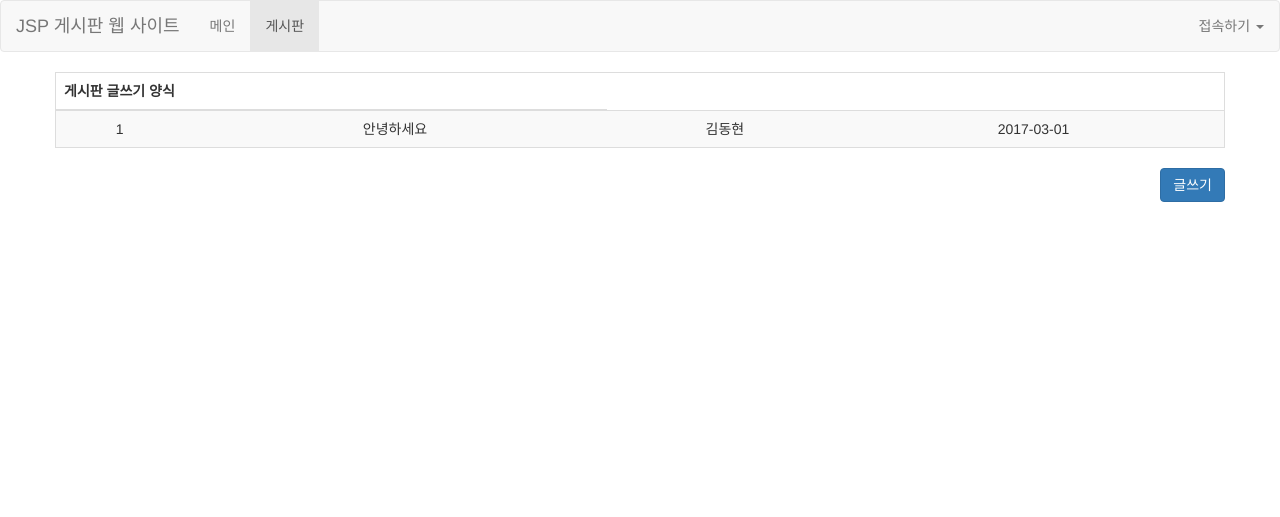
Repository: GorillaDunk/JSP
Page: http://localhost/BBS/write.jsp
An editor plug-in stored every save of this project. The page is shown before and after the next save, followed by the edit.
The browser window is 1280 px wide. The pictures show the whole page.
Some web libraries are served in a nearby version. The page is served by Tomcat 9.

Above is the page before, as saved 2023-10-14 13:04:12.

After the next save:
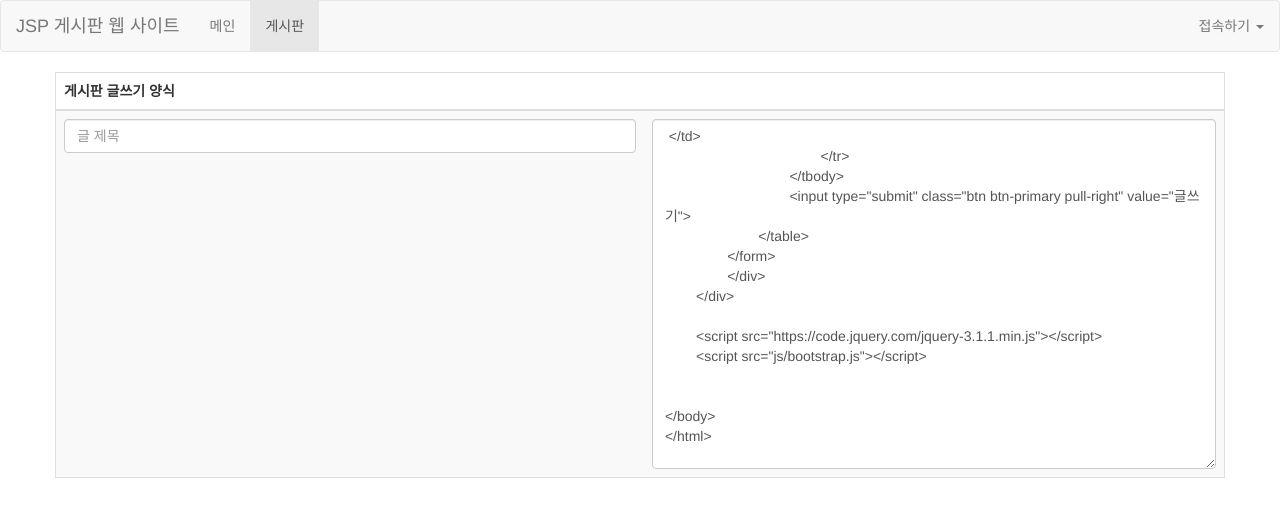
Saved 9 min 10 s later.
--- a/projects/BBS/src/main/webapp/write.jsp
+++ b/projects/BBS/src/main/webapp/write.jsp
@@ -74,24 +74,24 @@
 
 	<div class="container">
 		<div class="row">
+		<form>
 			<table class="table table-striped" style="text-align: center; border: 1px solid #dddddd">
-			<thead>
-				<tr>
-					<th colspan="2" style="background-color: #eeeeee, text-align:center">게시판 글쓰기 양식 </th>
+				<thead>
+					<tr>
+						<th colspan="2" style="background-color: #eeeeee, text-align:center">게시판 글쓰기 양식 </th>
 
-				</tr>
-			</thead>
+					</tr>
+				</thead>
 
-			<tbody>
-				<tr>
-					<td>1</td>
-					<td>안녕하세요</td>
-					<td>김동현</td>
-					<td>2017-03-01</td>
-				</tr>
-			</tbody>
+				<tbody>
+					<tr>
+						<td> <input type="text" class="form-control" placeholder="글 제목" name="bbsTitle" maxlength="50"> </td>
+						<td> <textarea type="text" class="form-control" placeholder="글 내용" name="bbsContent" maxlength="2048" style="height:350px"> </td>
+					</tr>
+				</tbody>
+				<input type="submit" class="btn btn-primary pull-right" value="글쓰기">
 			</table>
-			<a href="write.jsp" class="btn btn-primary pull-right"> 글쓰기 </a>
+		</form>
 		</div>
 	</div>
 
